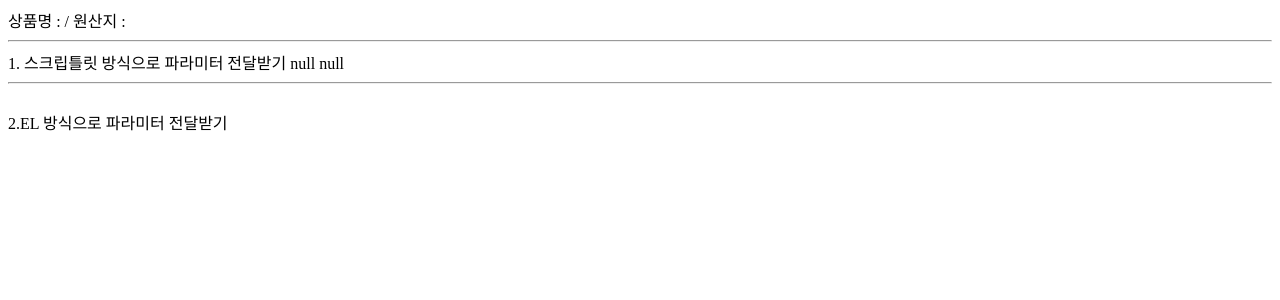
Repository: JaeYong-An/jstl
Page: http://localhost/jstl_study/step-2.jsp
The author's editor kept a copy of each file at every save. The page is drawn from the files as they stood at one save, then again after the next save.
The browser window is 1280 px wide. The pictures show the whole page.
The page is served by Tomcat 9.

Above is the page before, as saved 2023-11-22 05:02:50.

After the next save:
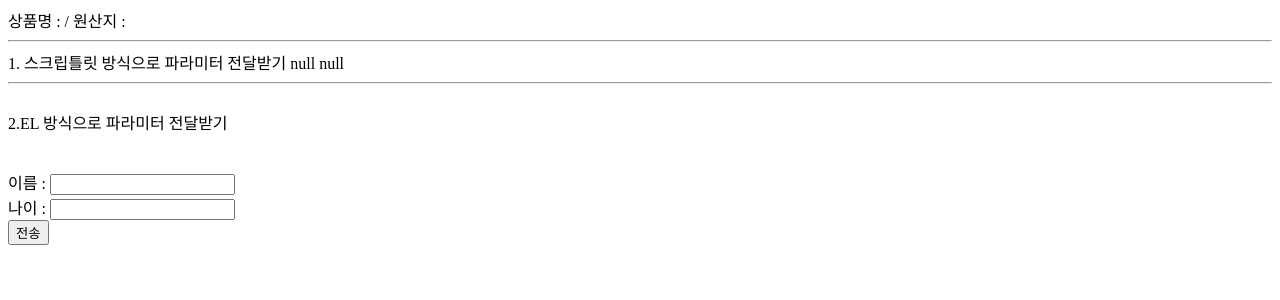
Saved 48 s later.
--- a/jstl_study/src/main/webapp/step-2.jsp
+++ b/jstl_study/src/main/webapp/step-2.jsp
@@ -20,5 +20,11 @@
 	2.EL 방식으로 파라미터 전달받기 <br>
 	${param.name }<br>
 	${param.where }<br>
+
+	<form action="step-3.jsp">
+		이름 : <input type="text" name="name"><br>
+		나이 : <input type="text" name="age"><br>
+		<button type="submit">전송</button>
+	</form>
 </body>
 </html>
